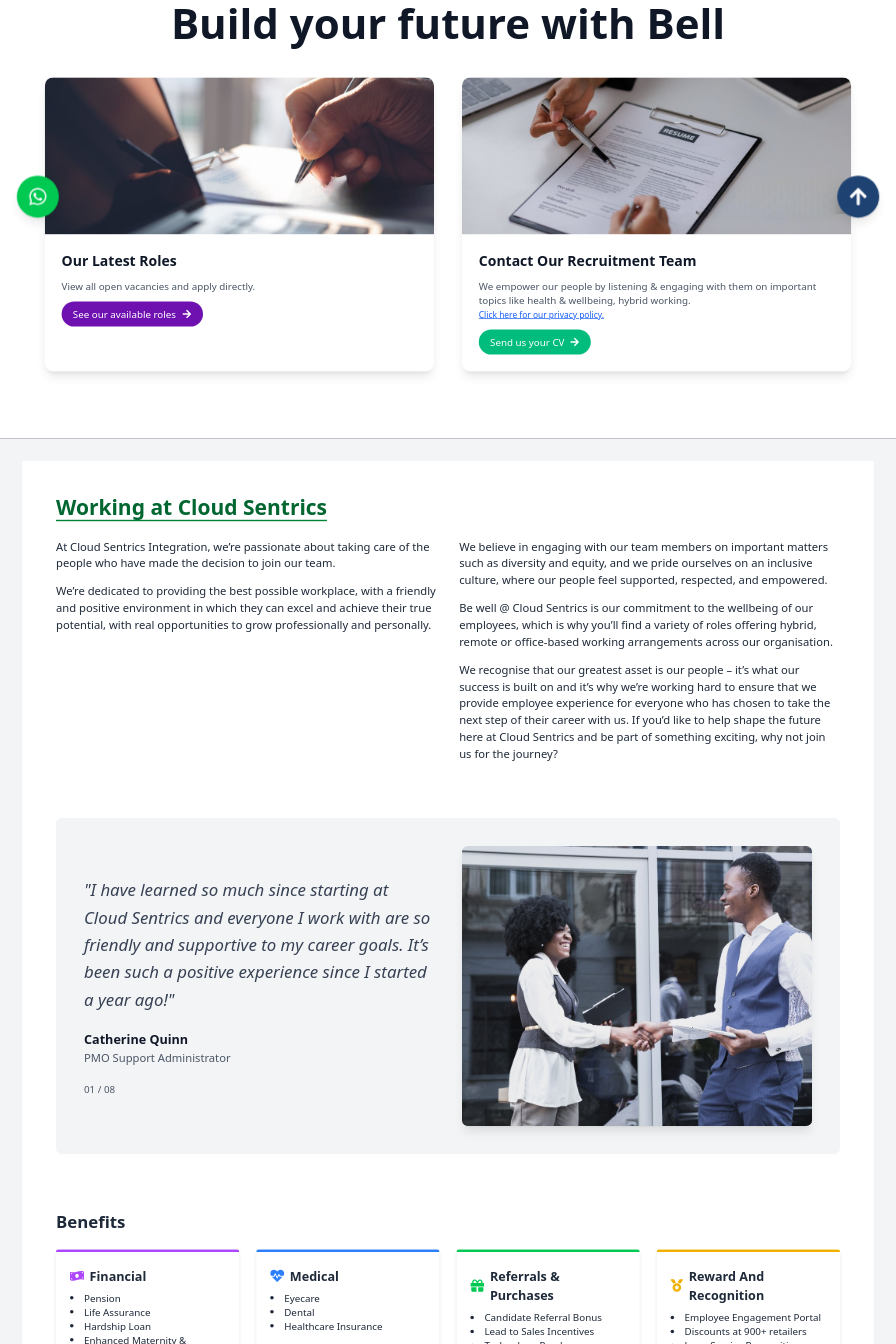
Repository: chykesure/cloudsentrics_
Page: /careers
The author's editor kept a copy of each file at every save. The page is drawn from the files as they stood at one save, then again after a run of saves.
The browser window is 1280 px wide. The pictures show the part of the page from y = 382 to 2302 px (the page is 3635 px tall before and 3447 px after), at 70% of full size.
The project was rebuilt for these pictures with package versions that can differ from the ones it lists, and the page was loaded fresh each time. Also part of the build but not shown: vite.config.js, src/pages/Header.jsx, src/pages/Footer.jsx, src/pages/students/Reviews.jsx, src/pages/students/Testimony.jsx, src/pages/students/TestimonyLanding.jsx, src/pages/LandingPage.jsx, src/pages/students/Header.jsx and 38 more.

Above is the page before, as saved 2025-04-09 11:29:17.

After the next 2 saves:
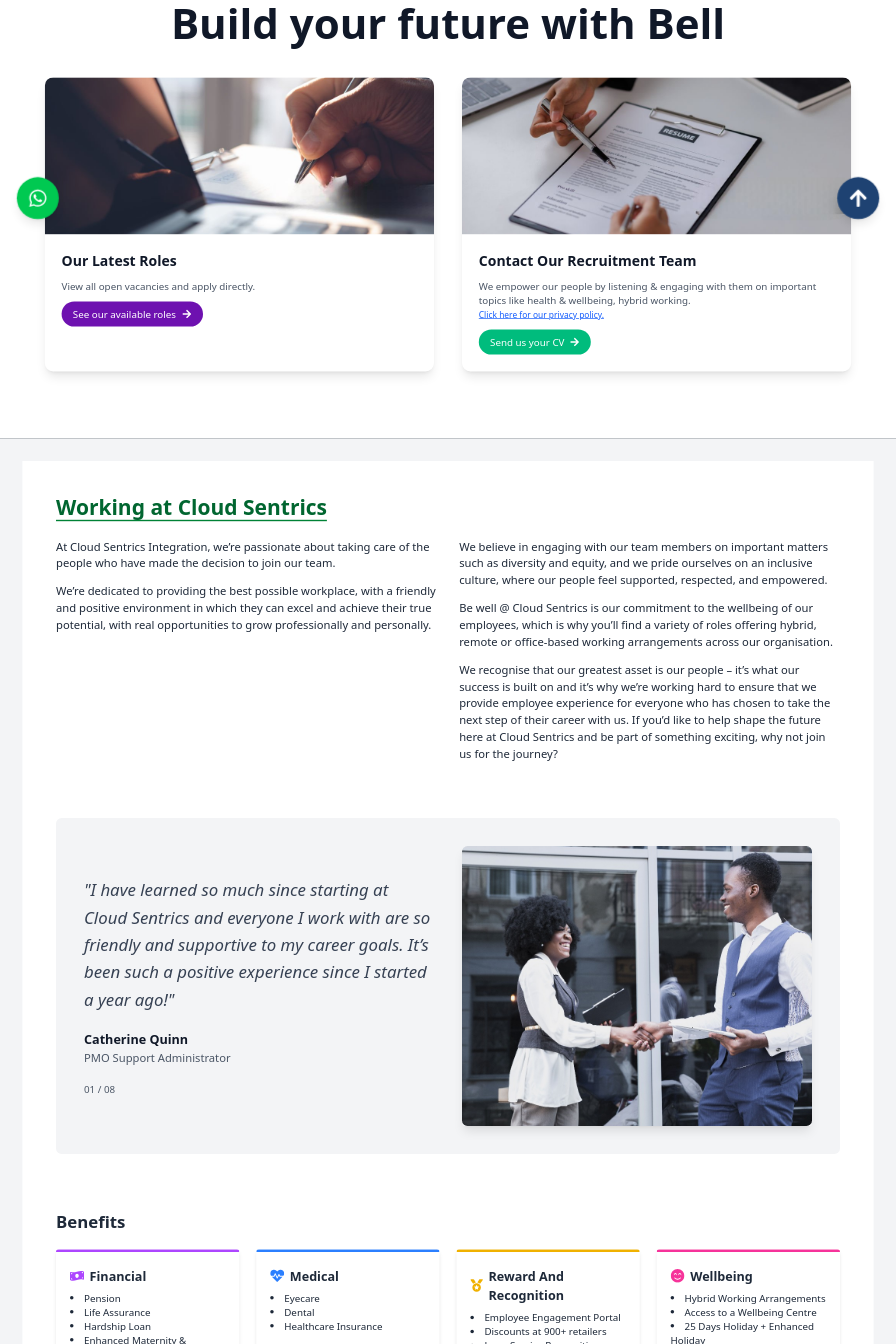
The 2 saves are shown as one change because they came seconds apart.
The last was saved 85 s later.
--- a/src/pages/partners/main_menu/otherscareer.jsx
+++ b/src/pages/partners/main_menu/otherscareer.jsx
@@ -124,25 +124,6 @@
                         </motion.div>
                     </div>
 
-                    {/* Referrals */}
-                    <div className="flex justify-center">
-                        <motion.div className="bg-white shadow-md p-5 rounded space-y-2 border-t-4 border-green-500 w-full max-w-md"
-                            initial={{ opacity: 0, y: 20 }}
-                            whileInView={{ opacity: 1, y: 0 }}
-                            transition={{ duration: 0.5 }}
-                        >
-                            <div className="flex items-center gap-2">
-                                <FaGift className="text-green-500 text-xl" />
-                                <h4 className="font-semibold text-lg">Referrals & Purchases</h4>
-                            </div>
-                            <ul className="list-disc list-inside">
-                                <li>Candidate Referral Bonus</li>
-                                <li>Lead to Sales Incentives</li>
-                                <li>Technology Purchase</li>
-                            </ul>
-                        </motion.div>
-                    </div>
-
                     {/* Reward */}
                     <div className="flex justify-center">
                         <motion.div className="bg-white shadow-md p-5 rounded space-y-2 border-t-4 border-yellow-500 w-full max-w-md"
